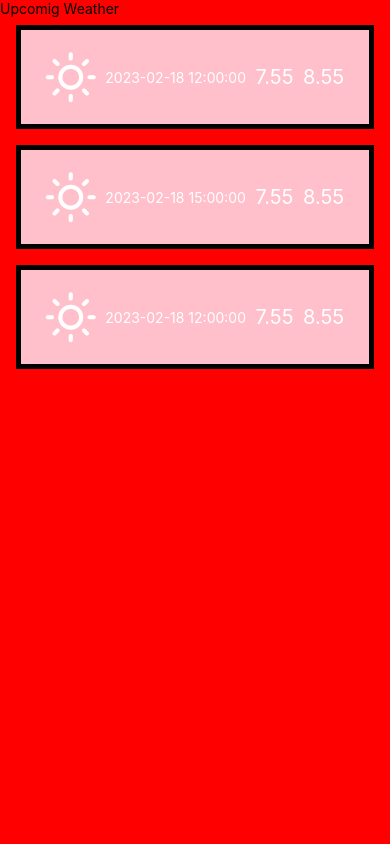
Repository: akinmiday/fcc
Screen: / (app in WeatherApp/)
The author's editor kept a copy of each file at every save. The screen is drawn from the files as they stood at one save, then again after the next save.
The app was drawn by React Native's web renderer in a window 390 px wide. The project was rebuilt for these pictures with package versions that can differ from the ones it lists, and the page was loaded fresh each time. Also part of the build but not shown: WeatherApp/src/components/CurrentWeather.js.

Above is the screen before, as saved 2023-07-19 08:13:44.

After the next save:
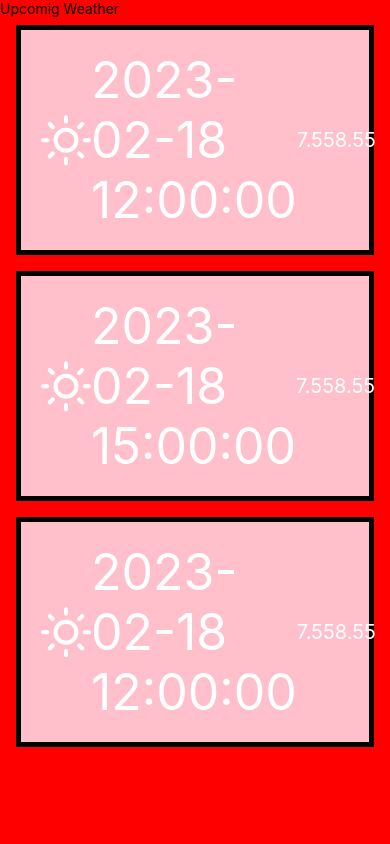
Saved 14 s later.
--- a/WeatherApp/src/components/UpcomingWeather.js
+++ b/WeatherApp/src/components/UpcomingWeather.js
@@ -103,7 +103,8 @@ const styles = StyleSheet.create({
     fontSize: 20
   },
   date: {
-    color: "white"
+    color: "white",
+    fontSize: 50
   }
 })
 
